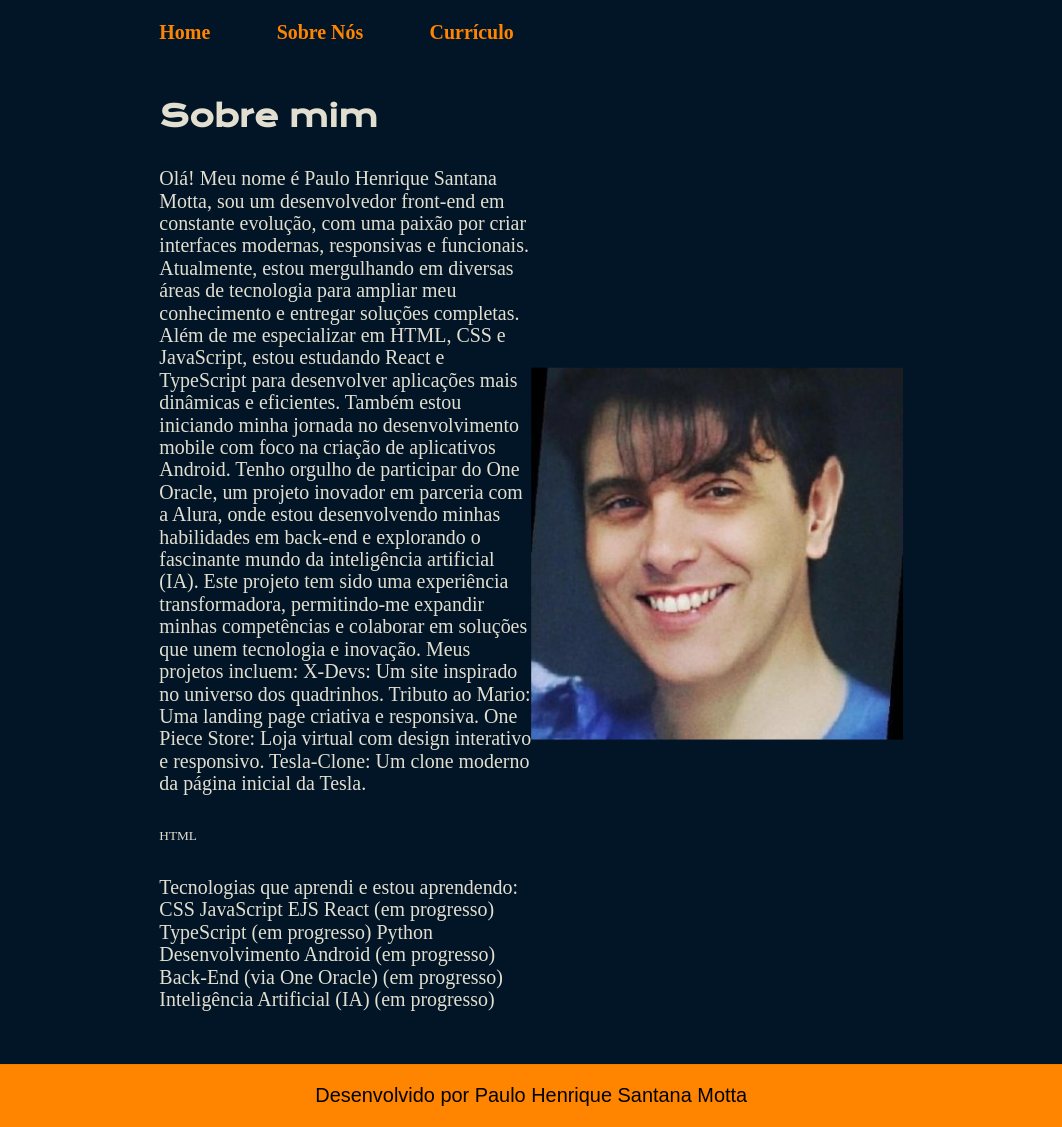
Repository: phsmottanerd/projeto-portfolio-alura
Page: about.html
An editor plug-in stored every save of this project. The page is shown before and after the next save, followed by the edit.
The browser window is 1280 px wide. The pictures show the whole page, at 83% of full size.

Above is the page before, as saved 2025-01-30 01:17:53.

After the next save:
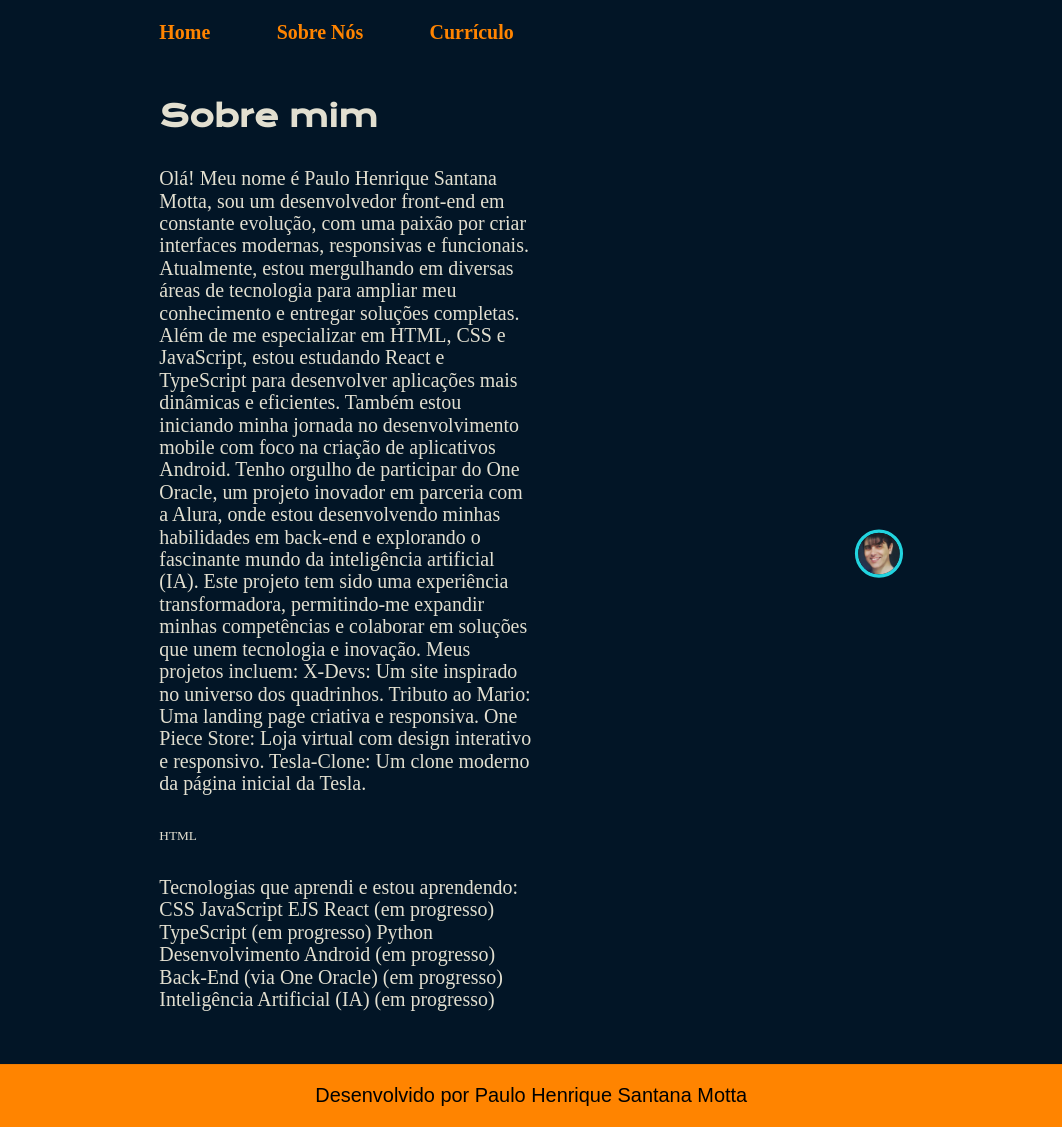
Saved 4 s later.
--- a/estilos/style.css
+++ b/estilos/style.css
@@ -109,7 +109,7 @@ body {
   font-size: 1.5rem;
   font-weight: 400;
 }
-.apresentacao__imagem img {
+.apresentacao__imagem  {
   border-radius: 40px;
   border: 4px solid #22d4Df;
   width: 50px;
